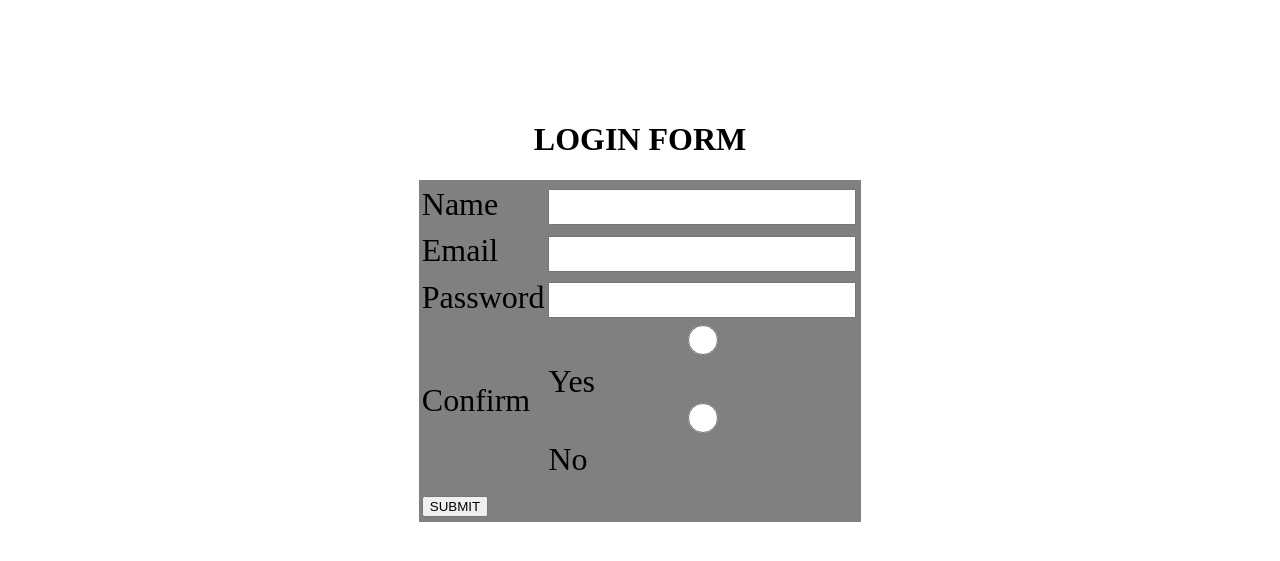
Repository: obusakthi539/Loginform
Page: Login.html
These files come from the project's save history. The page is drawn as it stood at one moment and after a run of saves; the edit follows.
The browser window is 1280 px wide. The pictures show the whole page.

Above is the page before, as saved 2025-01-10 18:16:42.

After the next 2 saves:
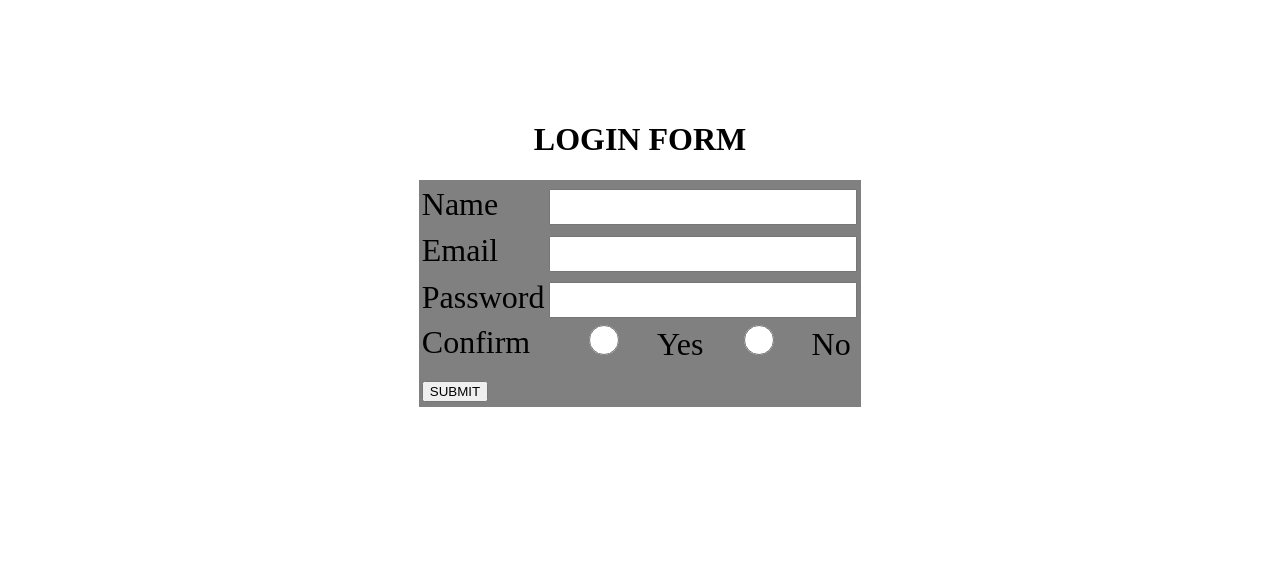
The 2 saves are shown as one change because they came seconds apart.
The last was saved 8 s later.
--- a/Login.html
+++ b/Login.html
@@ -25,7 +25,8 @@
             height: 30px;
         }
         #i{
-
+            width: 100px;
+            height: 30px;
         }
     </style>
 </head>
